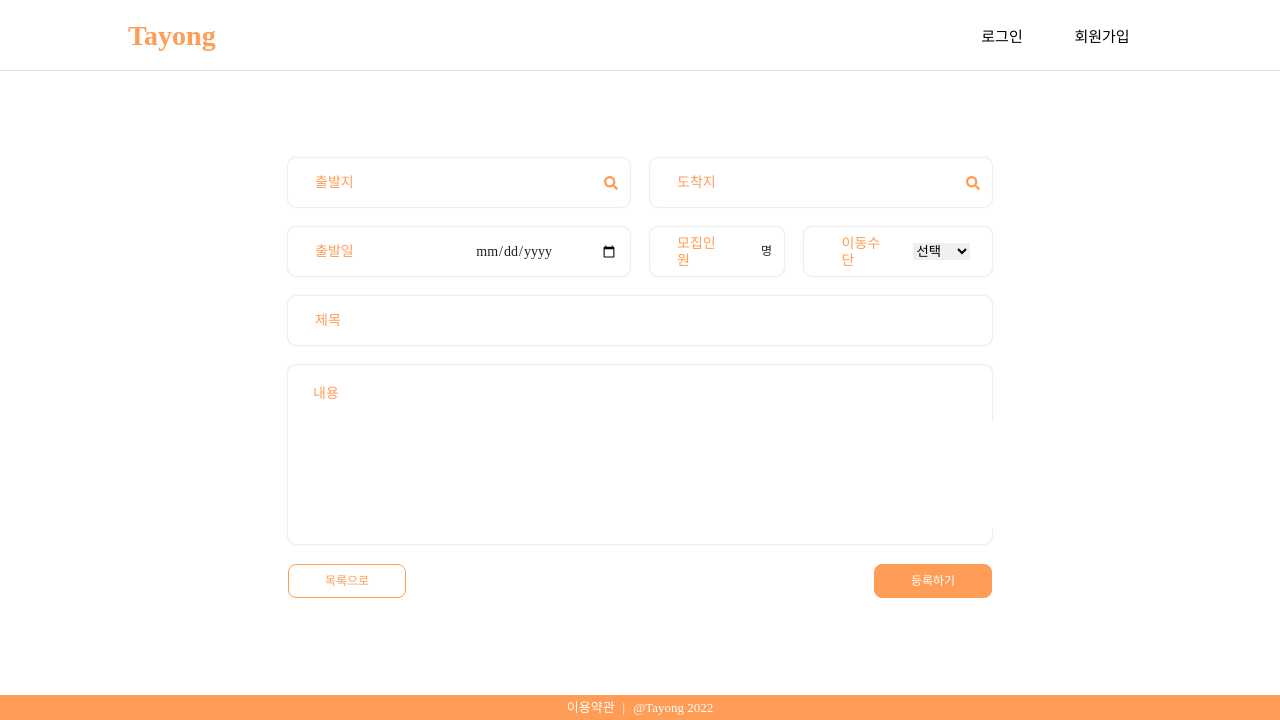
Repository: YEOMJINSEOP/Tayong
Page: /create (app in react/)
An editor plug-in stored every save of this project. The page is shown before and after the next save, followed by the edit.
The browser window is 1280 px wide. The pictures show the whole page.
The page's requests for data from a server got no answer. Some web fonts or font styles are not loaded; a fallback is used. The project was rebuilt for these pictures with package versions that can differ from the ones it lists, and the page was loaded fresh each time. No one was signed in, and anything a server would have sent is missing. Also part of the build but not shown: react/src/components/departure/departure.jsx, react/src/components/arrival/arrival.jsx, react/src/components/locationSelector/locationSelector.jsx, react/src/pages/Home.jsx, react/src/components/meetDetail/meetDetail.jsx, react/src/pages/Detail.jsx, react/src/components/meet/meet.jsx, react/src/components/list/meetList.jsx and 5 more.

Above is the page before, as saved 2022-12-09 10:34:41.

### react/public/index.html
<!DOCTYPE html>
<html lang="en">
  <head>
    <base href="/" />
    <meta charset="utf-8" />
    <link rel="icon" href="%PUBLIC_URL%/favicon.ico" />
    <meta name="viewport" content="width=device-width, initial-scale=1" />
    <meta name="theme-color" content="#000000" />
    <meta
      name="description"
      content="Web site created using create-react-app"
    />
    <link rel="apple-touch-icon" href="%PUBLIC_URL%/logo192.png" />
    <!--
      manifest.json provides metadata used when your web app is installed on a
      user's mobile device or desktop. See https://developers.google.com/web/fundamentals/web-app-manifest/
    -->
    <link rel="manifest" href="%PUBLIC_URL%/manifest.json" />
    <!--
      Notice the use of %PUBLIC_URL% in the tags above.
      It will be replaced with the URL of the `public` folder during the build.
      Only files inside the `public` folder can be referenced from the HTML.

      Unlike "/favicon.ico" or "favicon.ico", "%PUBLIC_URL%/favicon.ico" will
      work correctly both with client-side routing and a non-root public URL.
      Learn how to configure a non-root public URL by running `npm run build`.
    -->
    <title>React App</title>
  </head>
  <body>
    <noscript>You need to enable JavaScript to run this app.</noscript>
    <div id="root"></div>
    <!--
      This HTML file is a template.
      If you open it directly in the browser, you will see an empty page.

      You can add webfonts, meta tags, or analytics to this file.
      The build step will place the bundled scripts into the <body> tag.

      To begin the development, run `npm start` or `yarn start`.
      To create a production bundle, use `npm run build` or `yarn build`.
    -->
  </body>
</html>

### react/src/App.module.css
:root{

  /* color */
  --color-orange: #FF9C55;
  --color-light-grey: #e0e0e0;
  --color-white: #ffffff;
  --color-black: #201F1E;


  /* font family */
  --font-famiy-pretendard-regular: 'Pretendard-Regular';
  --font-family-leferipoint-black: 'LeferiPoint-BlackA';
  --font-family-leferibase-regular: 'LeferiBaseType-RegularA';
  --font-family-leferibase-bold:  'LeferiBaseType-BoldA';

  /* font size */
  --font-large: 48px;
  --font-medium: 28px;
  --font-regular: 18px;
  --font-small: 14px;
  --font-semi-small: 12px;
  --font-micro: 10px;

  /* font weight */
  --weight-pretendard-thin:  100;
  --weight-pretendard-extraLight:  200;
  --weight-pretendard-light: 300;
  --weight-pretendard-regular: 400;
  --weight-pretendard-medium:  500;
  --weight-pretendard-semiBold:  600;
  --weight-pretendard-bold:  700;
  --weight-pretendard-extraBold: 800;
  --weight-pretendard-black: 900;

  --weight-leferi-point-white: 200;
  --weight-leferi-point-black: 700;

  --weight-leferi-base-regular: 400;
  --weight-leferi-base-bold: 700;

 /* border weight */
 --border-weight: 1.5px;

 /* border radius */
 --border-radius: 0.7rem;
}

/* universal setting*/
*{
  margin: 0;
  box-sizing: border-box;
}

@font-face {
  font-family: 'LeferiPoint-BlackA';
  src: url('https://cdn.jsdelivr.net/gh/projectnoonnu/noonfonts_2201-2@1.0/LeferiPoint-BlackA.woff') format('woff');
  font-weight: normal;
  font-style: normal;
}


@font-face {
  font-family: 'LeferiBaseType-BoldA';
  src: url('https://cdn.jsdelivr.net/gh/projectnoonnu/noonfonts_2201-2@1.0/LeferiBaseType-BoldA.woff') format('woff');
  font-weight: normal;
  font-style: normal;
}

@font-face {
  font-family: 'LeferiBaseType-RegularA';
  src: url('https://cdn.jsdelivr.net/gh/projectnoonnu/noonfonts_2201-2@1.0/LeferiBaseType-RegularA.woff') format('woff');
  font-weight: normal;
  font-style: normal;
}

@font-face {
  font-family: 'Pretendard-Regular';
  src: url('https://cdn.jsdelivr.net/gh/Project-Noonnu/noonfonts_2107@1.1/Pretendard-Regular.woff') format('woff');
  font-weight: 400;
  font-style: normal;
}



input:focus{
  outline: none;
}

button{
  border: none;
  cursor: pointer;
  background-color: transparent;
}

### react/src/pages/Create.jsx
import React from 'react';
import Footer from '../components/footer/footer';
import Form from '../components/form/form';
import Header from '../components/header/header';

function Create(props) {
  return (
    <>
      <Header/>
      <Form/>
      <Footer/>
    </>
  );
}

export default Create;

### react/src/components/header/header.jsx
import React from 'react';
import { useEffect } from 'react';
import { useState } from 'react';
import { useNavigate } from 'react-router-dom';
import styles from './header.module.css';
import getData from '../../service/getData';

function Header(props) {
  const navigate = useNavigate();
  const[loginId, setLoginId] = useState("로그인");
  const[loginSucceed, setLoginSucceed] = useState(0);

  const showLoginId = () => {
    if(loginSucceed == 1){
      return loginId;
    }
    else{
      return '로그인';
    }
  }

  const showSignUp = () => {
    if(loginSucceed == 1){
      return "";
    }
    else{
      return '회원가입'
    }
  }

  useEffect(() => {
    const getUrl = 'https://yw1nspc2nl.execute-api.ap-northeast-2.amazonaws.com/dev/loginValue';
    getData(getUrl)
      .then(data => {
        const isLoginSucceed = JSON.parse(data.data['loginSuccess']);
        const loginId = data.data['loginId'];
        console.log(isLoginSucceed);
        setLoginSucceed(isLoginSucceed);
        setLoginId(loginId);
      })
  })

  return (
    <>
      <nav className={styles.navbar}>
        <p className={styles.logo} onClick={() => {
          navigate(`/`)
        }} >Tayong</p>
        <div className={styles.navbarBtn}>
          <button className={styles.btn} onClick={() => {navigate('/login')}}>{showLoginId()}</button>
          <button className={styles.btn} onClick={() => {navigate('/signup')}}>{showSignUp()}</button>
        </div>
      </nav>
    </>
  );
}

export default Header;

### react/src/components/footer/footer.jsx
import React from 'react';
import styles from './footer.module.css';

function Footer(props) {
  return (
     <footer className={styles.footer}>
      <p className={styles.contract}>이용약관</p>
      <span className={styles.divider}>  |  </span>
      <p className={styles.name}>@Tayong 2022</p>
     </footer>
  );
}

export default Footer;

### react/src/components/form/form.jsx
import React from 'react';
import styles from './form.module.css';
import { FaSearch } from 'react-icons/fa';
import { FiCalendar} from 'react-icons/fi';
import { useState } from 'react';
import axios from 'axios';
import { useNavigate } from 'react-router-dom';
import postData from '../../service/postData';
import {v4 as uuidv4} from 'uuid';


//axios.defaults.withCredentials = true;
function Form(props) {
  const navigate = useNavigate();

  const [departure, setDeparture] = useState("");
  const [arrival, setArrival] = useState("");
  const [remainingTime, setRemainingTime] = useState("");
  const [recruitment, setRecruitment] = useState("");
  const [transport, setTransport] = useState("");
  const [title, setTitle] = useState("");
  const [content, setContent] = useState("");

  const submitHandler = (e) => {
    e.preventDefault();

    if(departure == "" || arrival == "" || remainingTime == "" || recruitment == "" || transport == "" || title == "" || content == ""){
      console.warn('입력되지 않은 항목이 있습니다.');
      window.alert('입력되지 않은 항목이 있습니다.');
      return
    }

    // meetUUID 할당
    const randomKey = uuidv4();
    console.log(randomKey);


    // 전송하는 데이터에 randomKey 포함해 전달
    let data = {
      departure: departure,
      arrival: arrival,
      remainingTime: remainingTime,
      recruitment: recruitment,
      transport: transport,
      title: title,
      content: content,
      randomKey: randomKey
    }
    console.log(data);

    const MLurl =  'https://j99c2do1xe.execute-api.ap-northeast-2.amazonaws.com/tayong_stage/tayong_resource';
    // axios.post(MLurl, `{"inputs": "${content}"}`)
    axios.post(MLurl, `{"inputs": ${content}"}`)
    .then(
      res => {
        console.log('🥲🥲🥲🥲',res);
        // const MLresult = res['data']['body'][0]['label'];
      // if(MLresult == 'LABEL_1'){
      //   console.log('LABEL_1');
      //   const url =' https://yw1nspc2nl.execute-api.ap-northeast-2.amazonaws.com/dev/postform';
      //   postData(url, data);
      //   navigate('/');
      // }
      // else{
      //   alert('게시글에 적절하지 않은 표현이 포함되어 있습니다.');
      // }
    }
    )



  }

  const backToListHandler = (e) => {
    navigate(-1);
  }

  return (
    <div className={styles.container}>
      <form className={styles.form}>
        <div className={styles.locationContainer}>
          <div className={styles.departure}>
            <label className={styles.formLabel} htmlFor='departure'>출발지</label>
            <input type="text" id='departure' name='departure' maxLength='12' onChange={(e) => {setDeparture(e.target.value)}}/>
            <FaSearch className={styles.searchIcon}/>
          </div>
          <div className={styles.arrival}>
            <label className={styles.formLabel} htmlFor='arrival'>도착지</label>
            <input type="text" id='arrival' name='arrival' maxLength='12' onChange={(e) => {setArrival(e.target.value)}}/>
            <FaSearch className={styles.searchIcon}/>
          </div>
        </div>
        <div className={styles.infoContainer}>

          <div className={styles.remainingTime}>
            <label className={styles.formLabel} htmlFor='remainingTime'>출발일</label>
            <input type="date" id='remainingTime' name='remainingTime' onChange={(e) => {setRemainingTime(e.target.value)}}/>
          </div>

          <div className={styles.recruitment}>
            <label className={styles.formLabel} htmlFor='recruitment'>모집인원</label>
            <input type="text" id='recruitment' name='recruitment' maxLength='1' onChange={(e) => {setRecruitment(e.target.value)}}/>
            <p>명</p>
          </div>

          <div className={styles.transport}>
            <label className={styles.formLabel} htmlFor='transport'>이동수단</label>
            <select className={styles.transportSelect} onChange={(e) => {setTransport(e.target.value)}}>
              <option>선택</option>
              <option>택시</option>
              <option>자가용</option>
            </select>
          </div>

        </div>

        <div className={styles.title}>
          <label className={styles.formLabel} htmlFor='title'>제목</label>
          <input type="text" id='title' name='title' onChange={(e) => {setTitle(e.target.value)}}/>
        </div>

        <div className={styles.content}>
          <label className={styles.formLabel} htmlFor='content'>내용</label>
          <textarea cols="88" rows="6" maxLength="300" name='content' onChange={(e) => {setContent(e.target.value)}}></textarea>
        </div>
      </form>

      <div className={styles.btns}>
          <button className={styles.btn_backToList} type='button' onClick={backToListHandler}>목록으로</button>
          <button className={styles.btn_submit} onClick={submitHandler}>등록하기</button>
      </div>

    </div>
  );
}

export default Form;

### react/src/components/header/header.module.css
@import '../../App.module.css';

@font-face {
  font-family: 'LeferiPoint-BlackA';
  src: url('https://cdn.jsdelivr.net/gh/projectnoonnu/noonfonts_2201-2@1.0/LeferiPoint-BlackA.woff') format('woff');
  font-weight: normal;
  font-style: normal;
}

button{
  width: 4rem;
  font-size: 0.7rem;
}

.navbar{
  z-index: 1;
  width: 100%;
  height: 71px;

  position: fixed;

  background-color: var(--color-white);
  border-bottom: var(--border-weight) solid var(--color-light-grey);
  display: flex;
  align-items: center;
  justify-content: space-between;
}

.logo{
  font-family: 'LeferiPoint-BlackA';
  font-size: var(--font-medium);
  font-weight: bold;
  color: var(--color-orange);
  padding-left: 10vw;
  cursor: pointer;
}

.navbarBtn{
  display: flex;
  flex-direction: row;
  justify-content: center;
  align-items: center;
  padding-right: 10vw;
}

.btn{
  font-family: var(--font-famiy-pretendard-regular);
  font-size: 15px;
  font-weight: var(--weight-pretendard-light);
  width: 100px;
  height: 1.2rem;
  padding: 0;
  cursor: pointer;
}

@media screen and (max-width: 768px){

  .btn {
    font-size: 11px;
    width:fit-content;
    margin-left: 12px;
  }
  .navbarBtn{
    display: flex;
    justify-content: right;
  }
}

### react/src/service/getData.jsx
import axios from 'axios';

const getData = (url) => {
  return axios.get(url);
}

export default getData;

### react/src/components/footer/footer.module.css
@import '../../App.module.css';

.footer{
  width: 100%;
  height: 25px;

  position: fixed;
  bottom: 0;

  background-color: var(--color-orange);

  display: flex;
  flex-direction: row;
  justify-content: center;
  align-items: center;
  font-size: var(--font-micro)
}

.contract, .name, .divider{
  font-family: var(--font-famiy-pretendard-regular);
  color: var(--color-white);
  font-size: 13px;
}

.divider{
  margin: 0 8px;
}

.contract:hover{
  cursor: pointer;
}

### react/src/components/locationSelector/locationSelector.module.css
@import '../../App.module.css';

.locationSelector{
  position: fixed;

  width: 100%;
  margin: auto;
  top: 35%;

  display: flex;
  flex-direction: column;
  align-items: center;
}

.location{
  display: flex;
  flex-direction: row;
  justify-content: space-between;
  margin-bottom: 30px;
}

.info{
  font-size: 20px;
  color: var(--color-black);
  text-align: center;
  padding-bottom: 0.5rem;
}


.info span{
  font-size: 26px;
  font-weight: var(--weight-pretendard-medium);
  color: var(--color-orange);
}

.ocos{
  font-family: var(--font-family-leferibase-bold);
}

.info{
  margin-bottom: 1;
}


.arrow{

  margin-top: 80px;
  display: flex;
  align-items:center;
  font-size: 30px;
  color: var(--color-orange);
}


.submitBtn{

  position: fixed;
  top: 62%;
  outline: none;
  width: 201px;
  height: 51px;

  font-family: var(--font-family-pretendard-regular);
  font-weight: var(--weight-pretendard-semiBold);
  font-size: 16px;
  color: var(--color-white);

  background-color: var(--color-orange);
  border-radius: var(--border-radius);
}


@media screen and (max-width: 768px){

.info{
    font-size: 16px;
    color: var(--color-black);
    text-align: center;
    padding-bottom: 0.5rem;
}


.info span{
    font-size: 22px;
    font-weight: var(--weight-pretendard-medium);
    color: var(--color-orange);
}

.ocos{
    font-size: 22px;
    font-family: var(--font-family-leferibase-bold);
}

.arrow{
  transform: rotate(90deg);
}

.departure{
  margin-bottom: 30px;
}

.arrival{
  margin-top: 30px;
}


.location{
  position: fixed;
  top: 15%;
  display: flex;
  flex-direction: column;
  justify-content: center;
  align-items: center;
  margin-bottom: 30px;
}

.arrow{
  margin: 20px 0;
  padding: 0;
}

.submitBtn {
  position: fixed;
  top: 75%;
}
}

### react/src/service/postData.jsx
import React from 'react';
import axios from 'axios';


const postData = (url, data) => {
  axios
  .post(url, data)
  .then(
    (res) => {
      console.log(res);
      console.log("data post complete🥕");
    }
  )
}

export default postData;

### react/src/components/loginForm/loginForm.module.css
@import '../../App.module.css';

.logInContainer{
    position: absolute;
    top: 22%;

    width: 100%;
    display: flex;
    flex-direction: column;
    align-items: center;
    justify-content: center;

}

.logo{
  font-family: 'LeferiPoint-BlackA';
  font-size: 50px;
  font-weight: bold;
  color: var(--color-orange);

  cursor: pointer;
}

.email {
  display: flex;
  flex-direction: column;
  align-items: flex-start;
  margin-top: 40px;
}

.email input{
  width: 390px;
  height: 48px;

  border: 1px solid #CCCCCC;
  border-radius: 6px;

  margin-top: 10px;
  padding-left: 15px;
  text-align: left;
}

.password{
  display: flex;
  flex-direction: column;
  align-items: flex-start;
  margin-top: 30px;
}

.password input{
  width: 390px;
  height: 48px;

  border: 1px solid #CCCCCC;
  border-radius: 6px;

  margin-top: 10px;

  padding-left: 15px;
  text-align: left;
}

label {
  font-family: var('Pretendard-Regular');
  font-weight: 600;
  color: var(--color-black);
  font-size: 18px;
  margin: 0;
  width: 100%;
}

.submitBtn {
  width: 390px;
  height: 52px;

  margin-top: 36px;

  background: #FF9C55;
  border-radius: 6px;

  font-family: var('Pretendard-Regular');
  color: var(--color-white);
  font-weight: 600;
  font-size: 18px;
  line-height: 22px;

  cursor: pointer;
}

.extraFunc {
  display: flex;
  flex-direction: row;
  justify-content: space-between;

  font-family: var('Pretendard-Regular');
  font-weight: 300;
  font-size: 14px;
  line-height: 17px;
  text-decoration-line: underline;
  color: var(--color-black);

  width: 390px;
  margin-top: 12px;

}

.extraFunc p{
  cursor:pointer;
}

### react/src/components/signUpForm/signUpForm.module.css
@import '../../App.module.css';

.logInContainer{
    position: absolute;
    top: 12%;

    width: 100%;
    display: flex;
    flex-direction: column;
    align-items: center;
    justify-content: center;

}

.title{
  font-family: var('Pretendard-Regular');
  font-size: 36px;
  font-weight: bold;
  color: var(--color-orange);

  cursor: pointer;
}

.email {
  display: flex;
  flex-direction: column;
  align-items: flex-start;
  margin-top: 40px;
}

.email input{
  width: 390px;
  height: 48px;

  border: 1px solid #CCCCCC;
  border-radius: 6px;

  margin-top: 10px;
  padding-left: 15px;
  text-align: left;
}

.authBtn{
  width: 79px;
  height: 48px;
  margin-left: 9px;
  background-color: var(--color-orange);
  border-radius: 6px;

  color: var(--color-white);
  font-family: var('Pretendard-Regular');
  font-weight: 500;
  font-size: 16px;
  line-height: 19px;
}

.password{
  display: flex;
  flex-direction: column;
  align-items: flex-start;
  margin-top: 30px;
}

.password input{
  width: 390px;
  height: 48px;

  border: 1px solid #CCCCCC;
  border-radius: 6px;

  margin-top: 10px;

  padding-left: 15px;
  text-align: left;
}

label {
  font-family: var('Pretendard-Regular');
  font-weight: 600;
  color: var(--color-black);
  font-size: 18px;
  margin: 0;
  width: 100%;
}

.submitBtn {
  width: 390px;
  height: 52px;

  margin-top: 36px;

  background: #FF9C55;
  border-radius: 6px;

  font-family: var('Pretendard-Regular');
  color: var(--color-white);
  font-weight: 600;
  font-size: 18px;
  line-height: 22px;

  cursor: pointer;
}

.nickname {
  display: flex;
  flex-direction: column;
  align-items: flex-start;
  margin-top: 40px;
}

.nickname input{
  width: 390px;
  height: 48px;

  border: 1px solid #CCCCCC;
  border-radius: 6px;

  margin-top: 10px;
  padding-left: 15px;
  text-align: left;
}

### react/src/components/departure/departure.module.css
@import '../../App.module.css';


.departure{
  margin: 0 3rem;
}

.info{
  font-size: 20px;
  color: var(--color-black);
  text-align: center;
  padding-bottom: 0.5rem;
}


.info span{
  font-size: 26px;
  font-weight: var(--weight-pretendard-medium);
  color: var(--color-orange);
}

.inputBox{
  width: 300px;
  height: 81px;
  padding: 0 0.5rem;

  background-color: var(--color-white);
  box-shadow: 0px 0px 4px rgba(0, 0, 0, 0.25);
  border-radius: 1rem;

  display: flex;
  justify-content: center;
  align-items: center;
}

.input{
  border: none;
  outline: none;
  font-weight: var(--weight-pretendard-light);
  font-size: 18px;
  text-align: center;
}

.searchIcon{
  width: 28px;
  height: 28px;
  color: var(--color-orange);
}


.ocos{
  font-family: var(--font-family-leferibase-bold);
}



.searchDropDown ul{
  list-style: none;
  padding: 0;
}

.searchDropDown li{
  width: 100%;
  margin-bottom: 0.1px;

  border: 0.5px solid lightgrey;
  border-radius: 4px;
}

.searchDropDown li:hover{
  border: 0.5px solid var(--color-orange);
}

.searchDropDown button{
  width: 100%;
  height: 32px;

  font-family: var(--font-family-pretendard-regular);

  font-size: 18px;

/*
  border: 1px solid var(--color-orange); */
}

@media screen and (max-width: 768px){
  .searchIcon{
    width: 20px;
    height: 20px;
  }
}

### react/src/components/arrival/arrival.module.css
@import '../../App.module.css';


.arrival{
  margin: 0 3rem;
}

.inputBox{
  width: 300px;
  height: 81px;
  padding: 0 0.5rem;

  background-color: var(--color-white);
  box-shadow: 0px 0px 4px rgba(0, 0, 0, 0.25);
  border-radius: 1rem;

  display: flex;
  justify-content: center;
  align-items: center;
}


.input{
  border: none;
  outline: none;
  font-weight: var(--weight-pretendard-light);
  font-size: 18px;
  text-align: center;
}


.searchIcon{
  width: 28px;
  height: 28px;
  color: var(--color-orange);
}

.ocos{
  font-family: var(--font-family-leferibase-bold);
}


.searchDropDown ul{
  list-style: none;
  padding: 0;
}

.searchDropDown li{
  width: 100%;
  margin-bottom: 0.1px;

  border: 0.5px solid lightgrey;
  border-radius: 4px;
}

.searchDropDown li:hover{
  border: 0.5px solid var(--color-orange);
}

.searchDropDown button{
  width: 100%;
  height: 32px;

  font-family: var(--font-family-pretendard-regular);

  font-size: 18px;

/*
  border: 1px solid var(--color-orange); */
}

@media screen and (max-width: 768px){
  .searchIcon{
    width: 20px;
    height: 20px;
  }
}

### react/src/components/meet/meet.module.css
@import '../../App.module.css';
@import '../list/meetList.module.css';
 *{
  font-family: var(--font-famiy-pretendard-regular);
 }

.meet{
  /* width: 288px; */
  width: 100%;
  height: 180px;
  background-color: var(--color-white);
  box-shadow: 0px 0px 4px rgba(0, 0, 0, 0.25);
  border-radius: 1rem;

  display: flex;
  flex-direction: column;

}

.meet:hover{
  cursor: pointer;
  opacity: 0.8;
}

.transportImg{
  width: 100%;
  height: 4.6rem;

  object-fit: cover;
  border-radius: 1rem 1rem 0 0;
}

.infoImage{
  width: 100%;
  height: 4rem;
  background-color: lightyellow;
  border-radius: 1rem 1rem 0 0;
}

.infoLocation{
  width: 100%;
  height: 50px;
  display: flex;
  justify-content: center;
  align-items: center;
}

.infoDeparture, .infoArrival{
  display: flex;
  flex-direction: column;
  justify-content: center;
  align-items: center;

  width: 97px;
  height: 17px;

  font-family: var(--font-famiy-pretendard-regular);
  font-weight: 600;
  font-size: 14px;
  line-height: 17px;

  margin-top: 15px;
  padding: 0 px;

}

.infoDeparture p, .infoArrival p{
  width: 30px;
  height: 14px;

  text-align: center;
  margin: 5px;
  font-family: var(--font-famiy-pretendard-regular);
  font-weight: 300;
  font-size: 10px;
  color: var(--color-orange);

  background: #FFFFFF;
  box-shadow: 0px 0px 1px rgba(0, 0, 0, 0.25);
  border-radius: 2px;

}


.arrow{
  position: relative;
  margin: 0 0.5rem;
  top: 1.2rem;
  width: 14px;
  height: 14px;
  color: var(--color-orange);
}

.infoSet{
  height: 2.5rem;
  margin-top: 10px;
  display: flex;
  flex-direction: row;
  justify-content: center;
  align-items: center;
  padding-right:0.5rem;
}

.infoSet div{
  text-align: center;
  font-size: 10px;
  font-weight: 300;
}

.infoSet p{
  font-size: 10px;
  font-weight: 300;
  box-shadow: 0px 0px 1px rgba(0, 0, 0, 0.25);
  border-radius: 2px;
  margin-right: 10px;
  padding: 0 3px;
  color: var(--color-orange);
}

.infoRecruitment{
  display: flex;
  justify-content: space-around;
  align-items: center;
  margin-right: 15px;

  font-family: var(--font-famiy-pretendard-regular);
}

.infoTime{
  display: flex;
  justify-content: space-around;
  align-items: center;

  font-family: var(--font-famiy-pretendard-regular);
}

Loaded but not shown: react/src/index.js (common file); react/src/index.css (common file); react/src/reportWebVitals.js (common file); react/src/App.js (53 lines, source omitted); react/src/components/meetDetail/meetDetail.module.css (254 lines, source omitted); react/src/components/form/form.module.css (229 lines, source omitted); react/src/components/list/meetList.module.css (206 lines, source omitted)

After the next save:
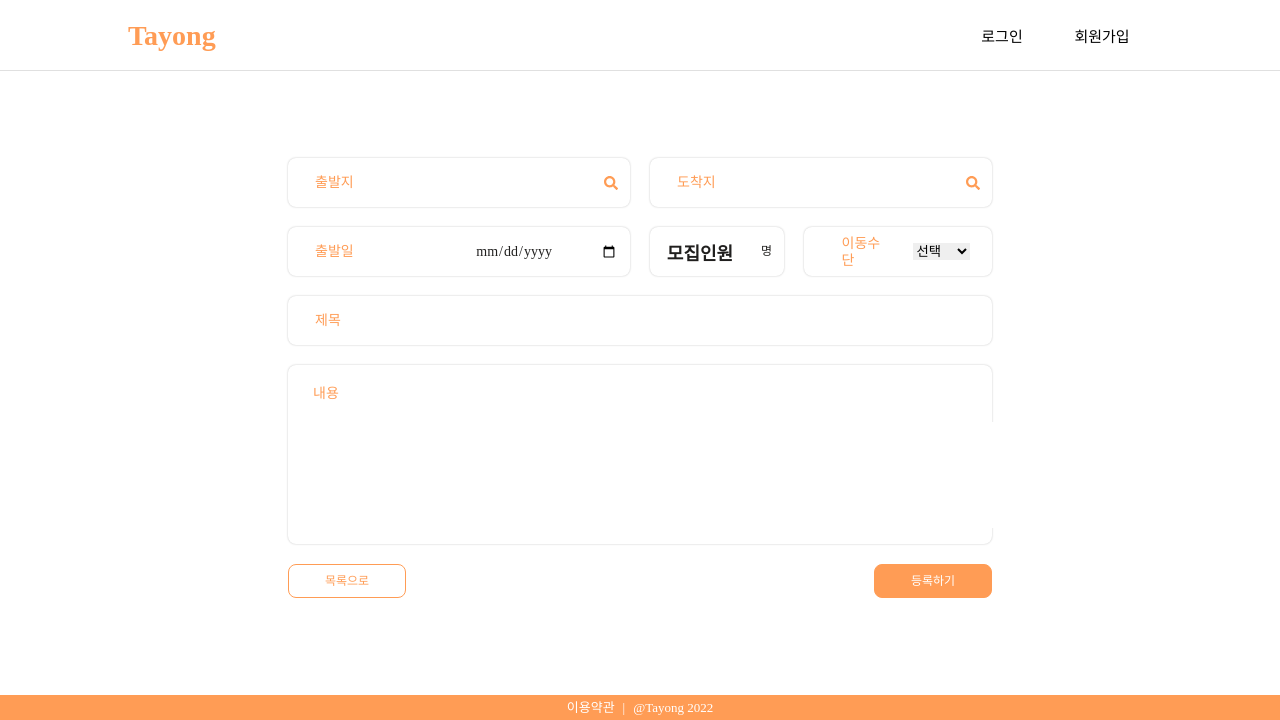
Saved 24 s later.
--- a/react/src/components/form/form.jsx
+++ b/react/src/components/form/form.jsx
@@ -98,7 +98,7 @@ function Form(props) {
           </div>
 
           <div className={styles.recruitment}>
-            <label className={styles.formLabel} htmlFor='recruitment'>모집인원</label>
+            <label className={styles.formLabelRC} htmlFor='recruitment'>모집인원</label>
             <input type="text" id='recruitment' name='recruitment' maxLength='1' onChange={(e) => {setRecruitment(e.target.value)}}/>
             <p>명</p>
           </div>
